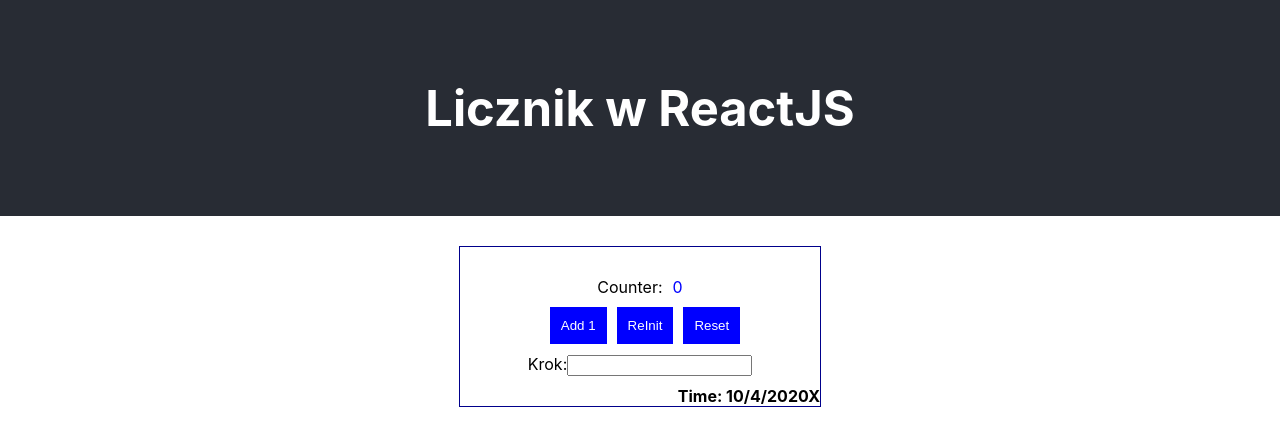
Repository: magdaf41/react-counter-app
Page: /
These files come from the project's save history. The page is drawn as it stood at one moment and after the next save; the edit follows.
The browser window is 1280 px wide. The pictures show the whole page.
The project was rebuilt for these pictures with package versions that can differ from the ones it lists, and the page was loaded fresh each time.

Above is the page before, as saved 2020-10-06 20:55:23.

After the next save:
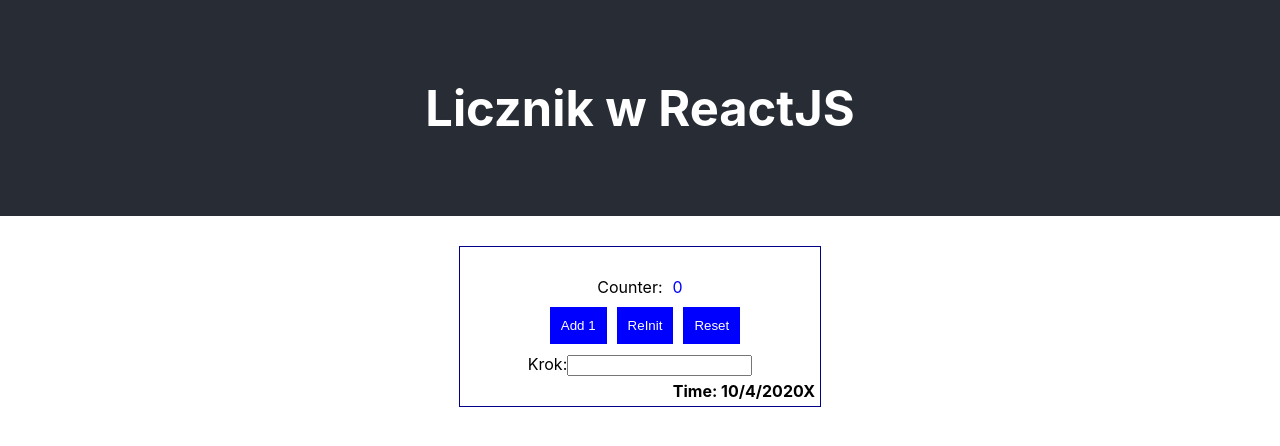
Saved 25 s later.
--- a/src/Clock.css
+++ b/src/Clock.css
@@ -1,7 +1,7 @@
 .clock {
     position: absolute;
-    bottom: 0;
-    right: 0;
+    bottom: 5px;
+    right: 5px;
 
 }
 
